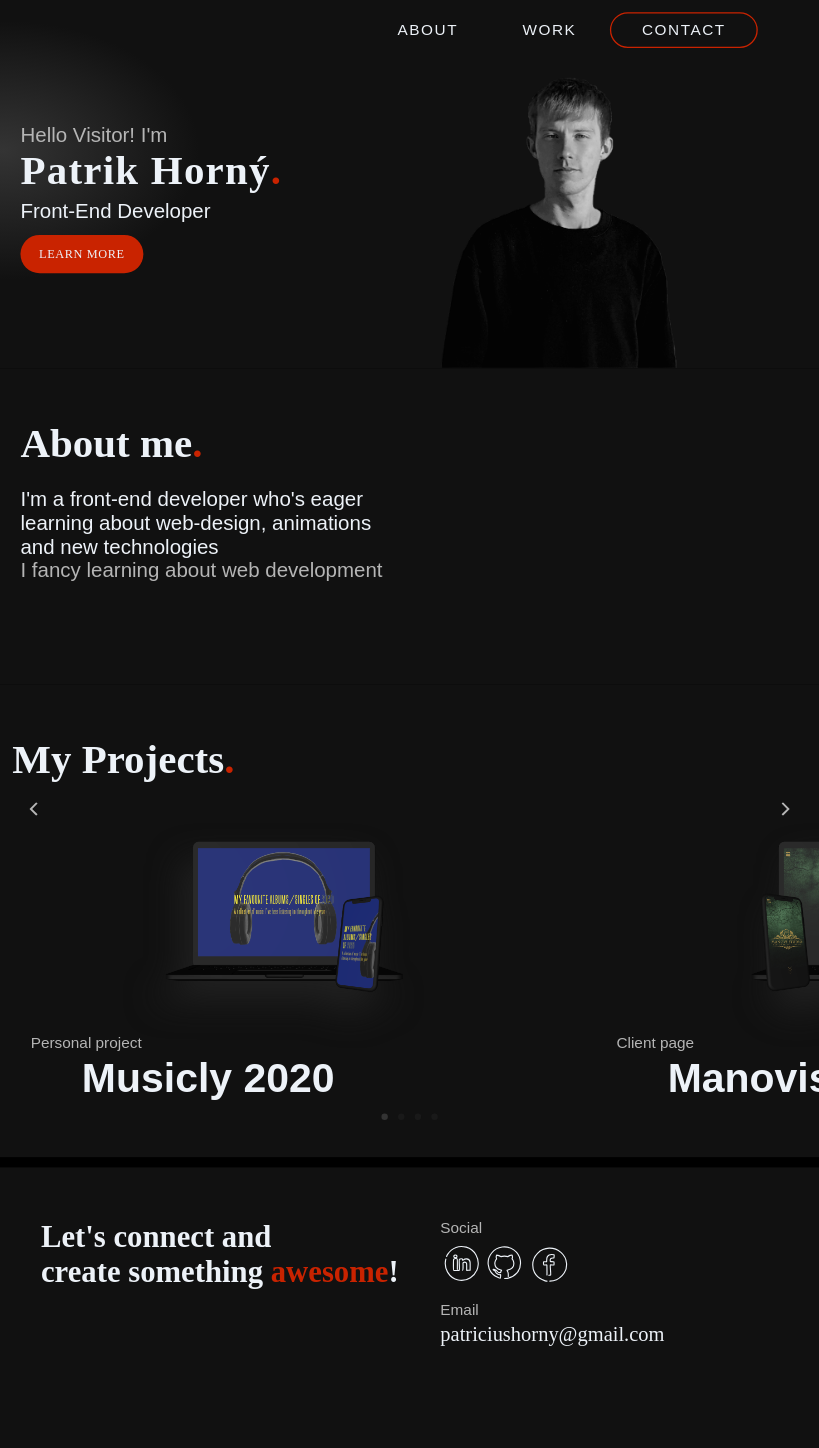
Repository: Spreceriany/portfolio
Page: index.html
An editor plug-in stored every save of this project. The page is shown before and after the next save, followed by the edit.
The browser window is 1280 px wide. The pictures show the whole page, at 64% of full size.
Some web fonts or font styles are not loaded; a fallback is used. The style sheet was rebuilt from its Sass, Less or Tailwind sources for each picture, by a compiler version that may differ from the author's.

Above is the page before, as saved 2021-03-10 22:31:28.

After the next save:
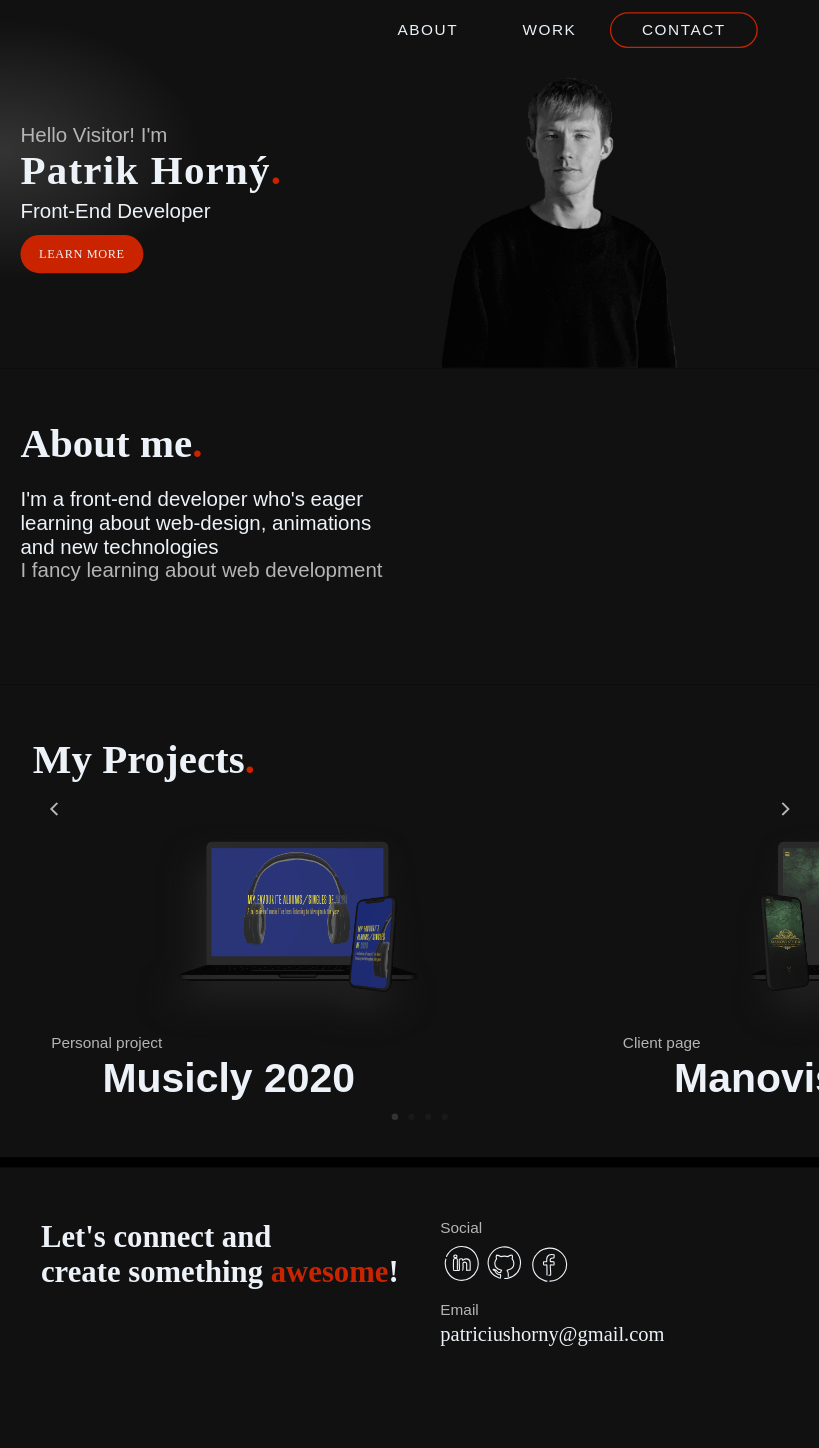
Saved 2 min 15 s later.
--- a/css/style.scss
+++ b/css/style.scss
@@ -273,10 +273,11 @@ main {
   position: relative;
   background-color: $black;
   margin-bottom: 1em;
+  padding-left: 2em;
   h2 {
     color: $white-ish;
     font-family: "Chivo";
-    padding-left: 1em;
+
     @include clamping(2rem, 5vw, 6rem);
     @media(min-width:663px){
       padding-left: .3em;
